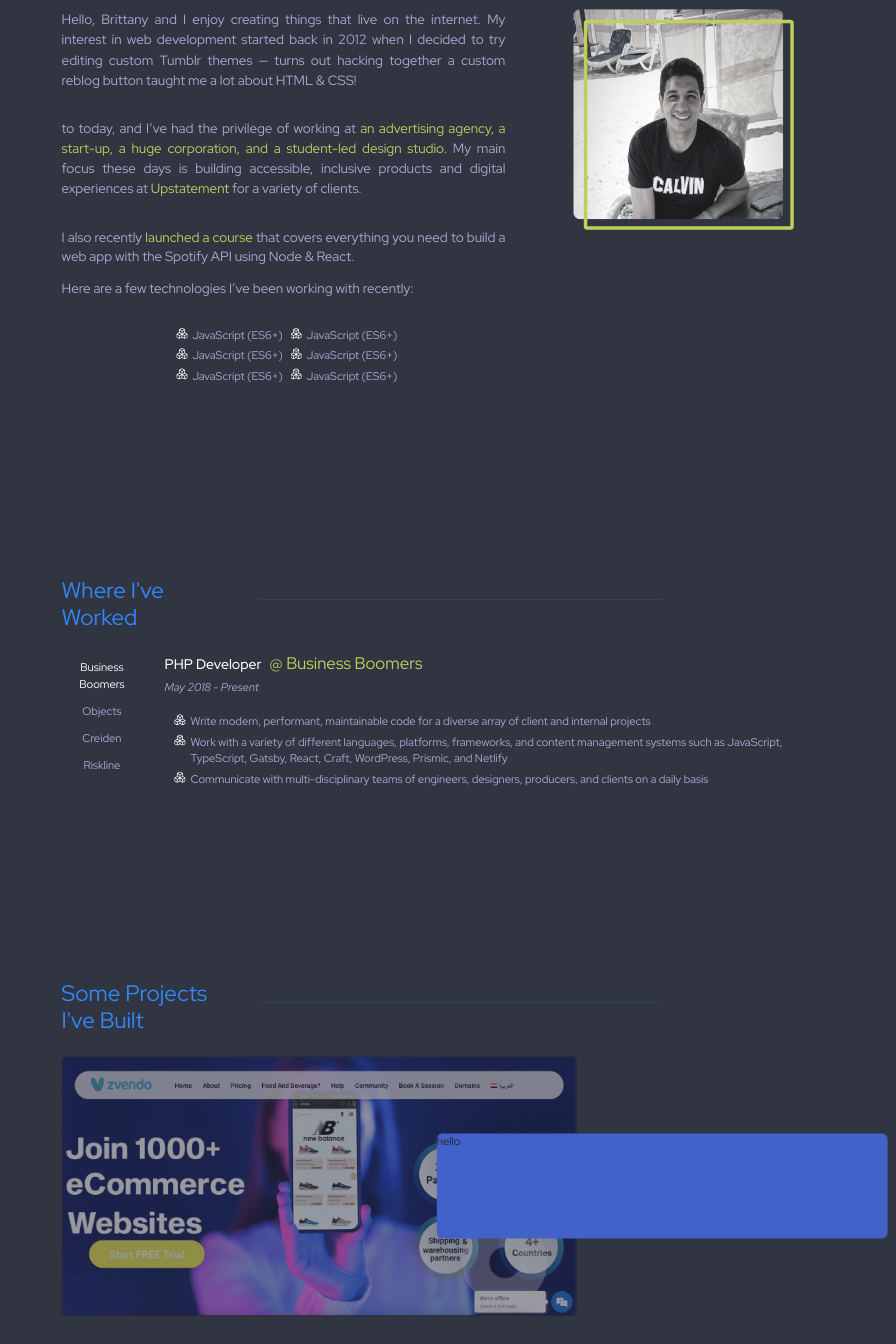
Repository: aya7abbal/Talaat-s-Portfolio
Page: index.html
These files come from the project's save history. The page is drawn as it stood at one moment and after the next save; the edit follows.
The browser window is 1280 px wide. The pictures show the part of the page from y = 943 to 2863 px (the page is 2863 px tall), at 70% of full size.
Some web libraries are served in a nearby version. The style sheet was rebuilt from its Sass, Less or Tailwind sources for each picture, by a compiler version that may differ from the author's.

Above is the page before, as saved 2022-02-07 19:15:19.

### index.html
<!DOCTYPE html>
<html lang="en">
  <head>
    <!-- Required meta tags -->
    <meta charset="utf-8" />
    <meta name="viewport" content="width=device-width, initial-scale=1" />

    <!-- Bootstrap CSS -->
    <link
      href="https://cdn.jsdelivr.net/npm/bootstrap@5.0.2/dist/css/bootstrap.min.css"
      rel="stylesheet"
      integrity="sha384-EVSTQN3/azprG1Anm3QDgpJLIm9Nao0Yz1ztcQTwFspd3yD65VohhpuuCOmLASjC"
      crossorigin="anonymous"
    />

    <!-- Favicon -->
    <link
      rel="shortcut icon"
      type="image/x-icon"
      href="./images/favicon/favicon.ico"
    />

    <!-- Font Awesome -->
    <script
      src="https://kit.fontawesome.com/fd7fa2f891.js"
      crossorigin="anonymous"
    ></script>

    <!-- Bootstrap Icons -->
    <link
      rel="stylesheet"
      href="https://cdn.jsdelivr.net/npm/bootstrap-icons@1.8.0/font/bootstrap-icons.css"
    />

    <!-- Main Stylesheet -->
    <link rel="stylesheet" href="./styles/styles.css" />

    <title>Ahmed's Portfolio</title>
  </head>
  <body>
    <!-- Navbar -->
    <nav class="navbar navbar-expand-md navbar-dark py-3">
      <div class="container-fluid d-flex justify-content-between">
        <div class="navbar-logo">
          <a class="navbar-brand navbar-border navbar-content__hidden" href="#"
            >AT</a
          >
        </div>

        <!-- Offcanvas  Hidden MENU -->
        <div class="offcanvas-menu">
          <button
            class="btn navbar-content__hidden rotating-icon"
            type="button"
            data-bs-toggle="offcanvas"
            data-bs-target="#offcanvasRight"
            aria-controls="offcanvasRight"
          >
            <i class="bi bi-x-diamond fs-2 text-white"></i>
          </button>
          <div
            class="offcanvas offcanvas-end"
            tabindex="-1"
            id="offcanvasRight"
            aria-labelledby="offcanvasRightLabel"
          >
            <div class="offcanvas-header">
              <h5 id="offcanvasRightLabel"></h5>
              <button
                type="button"
                class="btn text-reset"
                data-bs-dismiss="offcanvas"
                aria-label="Close"
              >
                <i class="bi bi-x-diamond fs-2 text-white rotated-icon"></i>
              </button>
            </div>
            <div class="offcanvas-body">
              <ul class="navbar-nav text-center">
                <li class="nav-item">
                  <a class="nav-link active" aria-current="page" href="#"
                    >About</a
                  >
                </li>
                <li class="nav-item">
                  <a class="nav-link" href="#">Experience</a>
                </li>
                <li class="nav-item">
                  <a class="nav-link" href="#">Work</a>
                </li>
                <li class="nav-item">
                  <a class="nav-link" href="#">Contact</a>
                </li>
                <li>
                  <a
                    class="btn btn-green my-4"
                    href="./Ahmed Talaat.pdf"
                    download
                  >
                    Resume</a
                  >
                </li>
              </ul>
            </div>
          </div>
        </div>

        <!-- NAVBAR Collapsable -->
        <div
          class="collapse navbar-collapse justify-content-between align-items-baseline"
          id="navbarNav"
        >
          <a class="navbar-brand navbar-border" href="#">AT</a>

          <ul class="navbar-nav">
            <li class="nav-item">
              <a class="nav-link active" aria-current="page" href="#">About</a>
            </li>
            <li class="nav-item">
              <a class="nav-link" href="#">Experience</a>
            </li>
            <li class="nav-item">
              <a class="nav-link" href="#">Work</a>
            </li>
            <li class="nav-item">
              <a class="nav-link" href="#">Contact</a>
            </li>
          </ul>

          <a
            class="btn btn-green"
            href="./Ahmed Talaat.pdf"
            download
          >Resume</a >
        </div>
      </div>
    </nav>
    <div class="body-wrapper">
      <!-- Introduction -->
      <div class="intro px-5">
        <h6>Hi, my name is</h6>

        <br />

        <h2>Ahmed Talaat.</h2>
        <h3 class="pb-2">I'm a Back-end Developer.</h3>

        <br />

        <p>
          I’m a software engineer specializing in building (and occasionally
          designing) exceptional digital experiences. Currently, I’m focused on
          building accessible, human-centered products at
          <a href="#">Riskline.</a>
        </p>

        <br />

        <a class=" btn btn-green btn-lg" href="https://calendly.com/atalaat-92/short-discussion?month=2022-02" target="_blank"> Book a Meeting</a>
      </div>

      <!-- About -->

      <div class="about px-5 row">
        <div class="section-header row">
          <div class="col-md-4 col-lg-3 col-5">
            <h4 class="py-4">About Me</h4>
          </div>
          <div class="col-md-8 col-lg-9 col-7">
            <hr />
          </div>
        </div>

        <!-- About Paragraph -->
        <div class="col-12 col-lg-7">
          <p>
            Hello, Brittany and I enjoy creating things that live on the
            internet. My interest in web development started back in 2012 when I
            decided to try editing custom Tumblr themes — turns out hacking
            together a custom reblog button taught me a lot about HTML & CSS!
          </p>
          <br />

          <p>
            to today, and I’ve had the privilege of working at
            <a href=""
              >an advertising agency, a start-up, a huge corporation, and a
              student-led design studio.</a
            >
            My main focus these days is building accessible, inclusive products
            and digital experiences at <a href="">Upstatement</a> for a variety
            of clients.
          </p>

          <br />
          <p>
            I also recently <a href="">launched a course</a> that covers
            everything you need to build a web app with the Spotify API using
            Node & React.
          </p>

          <p>Here are a few technologies I’ve been working with recently:</p>

          <div class="iconed-list d-flex justify-content-center">
            <ul class="row">
              <div class="col-6">
                <li>JavaScript (ES6+)</li>
                <li>JavaScript (ES6+)</li>
                <li>JavaScript (ES6+)</li>
              </div>

              <div class="col-6">
                <li>JavaScript (ES6+)</li>
                <li>JavaScript (ES6+)</li>
                <li>JavaScript (ES6+)</li>
              </div>
            </ul>
          </div>
        </div>

        <div class="col-12 col-lg-5 d-flex justify-content-center pb-5">
          <!-- About Image -->
          <div class="about-img">
           <div> <img
            src="./images/B903239F-D317-4387-9DFC-7195C9C90247_1_105_c.jpeg"
            alt=""
            width="300px"
            height="300px"
          /></div>
            <div class="about-img__border"></div>
          </div>
        </div>
      </div>

      <!-- Work -->

      <div class="work px-5">
        <div class="section-header row">
          <div class="col-md-4 col-lg-3 col-7">
            <h4 class="py-4">Where I've Worked</h4>
          </div>
          <div class="col-md-8 col-lg-9 col-5">
            <hr />
          </div>
        </div>
        <div>
          <!-- Nav tabs -->
          <div class="d-flex flex-md-row flex-column align-items-start">
            <div
              class="nav flex-md-column nav-pills me-3 mb-4 pe-md-3 nav-tabs"
              id="v-pills-tab"
              role="tablist"
              aria-orientation="vertical"
            >
              <button
                class="nav-link active"
                id="v-pills-home-tab"
                data-bs-toggle="pill"
                data-bs-target="#v-pills-home"
                type="button"
                role="tab"
                aria-controls="v-pills-home"
                aria-selected="true"
              >
                Business Boomers
              </button>
              <button
                class="nav-link"
                id="v-pills-profile-tab"
                data-bs-toggle="pill"
                data-bs-target="#v-pills-profile"
                type="button"
                role="tab"
                aria-controls="v-pills-profile"
                aria-selected="false"
              >
                Objects
              </button>
              <button
                class="nav-link"
                id="v-pills-messages-tab"
                data-bs-toggle="pill"
                data-bs-target="#v-pills-messages"
                type="button"
                role="tab"
                aria-controls="v-pills-messages"
                aria-selected="false"
              >
                Creiden
              </button>
              <button
                class="nav-link"
                id="v-pills-settings-tab"
                data-bs-toggle="pill"
                data-bs-target="#v-pills-settings"
                type="button"
                role="tab"
                aria-controls="v-pills-settings"
                aria-selected="false"
              >
                Riskline
              </button>
            </div>
            <div class="tab-content" id="v-pills-tabContent">
              <div
                class="tab-pane fade show active"
                id="v-pills-home"
                role="tabpanel"
                aria-labelledby="v-pills-home-tab"
              >
                <div class="work-title">
                  <h5 class="pe-2">PHP Developer</h5>
                  <h6>@ Business Boomers</h6>
                </div>
                <div class="work-date">
                  <i>May 2018 - Present </i>

                  <ul class="iconed-list">
                    <li>
                      Write modern, performant, maintainable code for a diverse
                      array of client and internal projects
                    </li>
                    <li>
                      Work with a variety of different languages, platforms,
                      frameworks, and content management systems such as
                      JavaScript, TypeScript, Gatsby, React, Craft, WordPress,
                      Prismic, and Netlify
                    </li>
                    <li>
                      Communicate with multi-disciplinary teams of engineers,
                      designers, producers, and clients on a daily basis
                    </li>
                  </ul>
                </div>
              </div>

              <div
                class="tab-pane fade"
                id="v-pills-profile"
                role="tabpanel"
                aria-labelledby="v-pills-profile-tab"
              >
                <div class="work-title">
                  <h5 class="pe-2">Back-end Developer</h5>
                  <h6>@ Objects</h6>
                </div>
                <div class="work-date">
                  <i>May 2018 - Present </i>

                  <ul class="iconed-list">
                    <li>
                      Write modern, performant, maintainable code for a diverse
                      array of client and internal projects
                    </li>
                    <li>
                      Work with a variety of different languages, platforms,
                      frameworks, and content management systems such as
                      JavaScript, TypeScript, Gatsby, React, Craft, WordPress,
                      Prismic, and Netlify
                    </li>
                    <li>
                      Communicate with multi-disciplinary teams of engineers,
                      designers, producers, and clients on a daily basis
                    </li>
                  </ul>
                </div>
              </div>

              <div
                class="tab-pane fade"
                id="v-pills-messages"
                role="tabpanel"
                aria-labelledby="v-pills-messages-tab"
              >
                <div class="work-title">
                  <h5 class="pe-2">Back-end Developer</h5>
                  <h6>@ Creiden</h6>
                </div>
                <div class="work-date">
                  <i>May 2018 - Present </i>

                  <ul class="iconed-list">
                    <li>
                      Write modern, performant, maintainable code for a diverse
                      array of client and internal projects
                    </li>
                    <li>
                      Work with a variety of different languages, platforms,
                      frameworks, and content management systems such as
                      JavaScript, TypeScript, Gatsby, React, Craft, WordPress,
                      Prismic, and Netlify
                    </li>
                    <li>
                      Communicate with multi-disciplinary teams of engineers,
                      designers, producers, and clients on a daily basis
                    </li>
                  </ul>
                </div>
              </div>

              <div
                class="tab-pane fade"
                id="v-pills-settings"
                role="tabpanel"
                aria-labelledby="v-pills-settings-tab"
              >
                <div class="work-title">
                  <h5 class="pe-2">Project Manager</h5>
                  <h6>@ Riskline</h6>
                </div>
                <div class="work-date">
                  <i>May 2018 - Present </i>

                  <ul class="iconed-list">
                    <li>
                      Write modern, performant, maintainable code for a diverse
                      array of client and internal projects
                    </li>
                    <li>
                      Work with a variety of different languages, platforms,
                      frameworks, and content management systems such as
                      JavaScript, TypeScript, Gatsby, React, Craft, WordPress,
                      Prismic, and Netlify
                    </li>
                    <li>
                      Communicate with multi-disciplinary teams of engineers,
                      designers, producers, and clients on a daily basis
                    </li>
                  </ul>
                </div>
              </div>
            </div>
          </div>
        </div>
      </div>

      <!-- Projects -->

      <div class="projects px-5">
        <div class="section-header row">
          <div class="col-md-4 col-lg-3 col-7">
            <h4 class="py-4">Some Projects I've Built</h4>
          </div>
          <div class="col-md-8 col-lg-9 col-5">
            <hr />
          </div>
        </div>

        <div class="project-card d-flex align-items-center">
          <div class="card bg-dark text-white col-md-8">
            <img src="./images/project-1.jpeg" class="card-img" alt="...">
            <div class="card-img-overlay d-md-none">
              <h5 class="card-title">Card title</h5>
              <p class="card-text">This is a wider card with supporting text below as a natural lead-in to additional content. This content is a little bit longer.</p>
              <p class="card-text"></p>
            </div>
          </div>
          <div class="col-md-7 project-desc">
            hello
          </div>
        </div>
      </div>



    </div>


    <!-- Footer -->
    <footer>
      <div class="footer-left">
        <div class="footer-left__link">
          <i class="fab fa-github"><a href="#"></a></i>
        </div>
        <div class="footer-left__link">
          <i class="fab fa-twitter"><a href=""></a></i>
        </div>
        <div class="footer-left__link">
          <i class="fab fa-linkedin-in"><a href=""></a></i>
        </div>
        <div class="footer-left__link">
          <i class="fas fa-phone"><a href=""></a></i>
        </div>
        <div class="footer-left__link line"></div>
      </div>



      <div class="footer-right">
        <div class="footer-right__link">
          <a href="">@ahmed.talaat.92@hotmail.com</a>

        <div class="footer-right__link line"></div>
      </div>
    </footer>

    <!-- Bootstrap Bundle with Popper -->
    <script
      src="https://cdn.jsdelivr.net/npm/bootstrap@5.0.2/dist/js/bootstrap.bundle.min.js"
      integrity="sha384-MrcW6ZMFYlzcLA8Nl+NtUVF0sA7MsXsP1UyJoMp4YLEuNSfAP+JcXn/tWtIaxVXM"
      crossorigin="anonymous"
    ></script>
    <script type="module" src="./scripts/script.js"></script>
  </body>
</html>

### scripts/script.js
// const rotatingIcon = document.querySelector(".rotating-icon")
// const rotatedIcon = document.querySelector(".rotated-icon")


// rotatingIcon.addEventListener('click',function(event) {
// console.log(event)
//     rotatingIcon.style.display="hidden"
// })

### styles/styles.scss

// Fonts
@import url('https://fonts.googleapis.com/css2?family=Dosis:wght@200;300;400;500;600&family=Red+Hat+Display:ital,wght@0,300;0,400;0,500;0,600;0,700;0,900;1,300;1,400;1,500;1,600&family=Satisfy&display=swap');
// Partials
@import "./components/navbar";
@import"./components/footer";
@import "./variables/colors";
@import "./components/buttons";
@import "./variables/fonts";
@import "./components/pages";
@import "./variables/images";
@import "./components/projects";




// font-family: 'Dosis', sans-serif;
// font-family: 'Red Hat Display', sans-serif;
// font-family: 'Satisfy', cursive;

*{
font-family: 'Red Hat Display', sans-serif;
background-color: var(--navy);

}

body{
    margin: 0%;
    max-width: 100%;
    overflow-x: hidden;
    background-color: var(--navy);

    @media (min-width:768px) {
        padding: 40px;
    }

    img{
        border-radius: 10px !important;
      }
}

### styles/components/_navbar.scss
.navbar-content__hidden{
    display: none;
    @media (max-width:768px) {
        display: inline-block;
    }
}

.navbar-brand{
    border: solid 2px var(--green);
    border-radius: 5px 20px;
    padding: 8px;

    &:hover{
        background-color: var(--green);
    }
}

### styles/components/_footer.scss
footer {

    @media (max-width:768px) {
display: none;
    }

  .footer-left {
    position: fixed;
    bottom: 10px;
    left: 20px;
    i {
      font-size: 1.2em;
      color: white;
      margin: 20px 10px;
      &:hover{
          color: greenyellow;
          transform: translateY(-3px);
      }
    }

    .line {
      border-right: 1px solid white;
      padding: 20px;
      height: 100px;
      background-color: transparent;
      transform: translatex(-19px);
      margin-top: 15px;
    }
  }


  .footer-right {
    position: fixed;
    bottom: 10px;
    right: 20px;
    i{
      font-size: 1.2em;
      color: white;
      margin: 15px 10px;
      &:hover{
          color: greenyellow;
          transform: translateY(-3px);
      }


    }

    a{
        writing-mode: vertical-rl;
        transform: translatex(10px);
        color: white;
        font-size: 1em;
        &:hover{
            color: greenyellow;
            text-decoration: none;
        }
    }

    .line {
      border-right: 1px solid white;
      padding: 20px;
      height: 100px;
      background-color: transparent;
      transform: translatex(-19px);
      margin-top: 15px;
    }
  }
}

### styles/variables/_colors.scss
:root{
    --navy:#313441;
    --lnavy:#4362c9;
    --lgreen:#c1ce5e;
    --grey:#A4A6BF;
    --bblue:hsl(220, 47%, 62%);
    --green:#97A629;
    --lgreeno:#c1ce5e11;
    --lgrey:#bbc1dd;
    --mdgrey:#a4acd1;
    --blue:#3188fa;

}

### styles/components/_buttons.scss
.btn-green {
  border: 2px solid var(--green);
  padding: 8px;
  color:white;
  border-radius: 5px;

  &:hover {
    color: rgb(197, 197, 197);
    background-color: var(--lgreeno);
  }
}

.btn-blue{
    border: 2px solid var(--blue);
    padding: 8px;
    color:white;
    border-radius: 5px;

    &:hover {
      color: rgb(197, 197, 197);
      background-color: var(--bblue);
    }
}

.rotating-icon, .rotated-icon {
  transform: rotate(45deg) !important;
  z-index: 100;

  &:hover {
    transform: rotate(90deg) !important;
    transition: 0.6s;


  }
  &:active &:focus {
    transform: rotate(90deg) !important;
  }
}

### styles/variables/_fonts.scss



h2 {
  color: white;
  font-size: 2.3em;

  @media (min-width: 768px) {
    font-size: 2.9em;
  }
}

h3 {
  color: var(--blue);
  font-weight: 600;
  font-size: 2.2em;

  @media (min-width: 768px) {
    font-size: 2.7em;
  }
}

h4 {
  color: var(--blue);
  font-weight: 400;
  font-size: 1.5em;
  background-color: var(--navy);

  @media (min-width: 768px) {
    font-size: 2em;
  }
}

h5{
  color: white;
  display: inline-block;
}

h6 {
  font-size: 1.2em;
  color: var(--lgreen);
  font-weight: 400;
  display: inline-block;

  @media (min-width: 768px) {
    font-size: 1.5em;
  }
}

a {
  color: var(--lgreen);
  text-decoration: none;

  &:hover {
    color: var(--green);
    text-decoration: underline;
  }
}

ul{

    padding-top:20px;
    padding-bottom: 50px;
}
.iconed-list li{
    list-style-image:url(../svg/list.svg);
    color: var(--mdgrey);

    padding:10px 10px 0px 10px;
    margin: 5px;
    width: fit-content;
    padding: 0%;
}

p {
  font-size: 1.2em;
  color: var(--mdgrey);
  font-weight: 400;
  text-align: justify;

  @media (min-width: 768px) {
    font-size: 1.2em;
  }
}

i{
  color: var(--mdgrey);
}

.nav-tabs .nav-link{

  color: var(--mdgrey);
  background-color: transparent !important;
  // text-decoration: underline;
  text-decoration-color: var(--mdgrey);

  &:focus{
    background-color: transparent !important;
    color: var(--lgreen);
    border-bottom-color: var(--lgreen);

  }

  &:active{
    background-color: transparent !important;
    color: var(--lgreen);


  }



}

### styles/components/_pages.scss

// INTRODUCTION
.intro{
    padding-top: 160px;
}

// ABOUT


.section-header{
    padding-top:180px ;
    hr{
        position: relative;
        top:30%;
        color: var(--blue);
        width: 70%;
    }
}

#v-pills-tab{
    border: none;
}

### styles/variables/_images.scss
.about-img {
  height: fit-content;
  position: relative;
  display: flex;
  flex-direction: column;
  justify-content: center;


  img {
    // filter: invert(25%) sepia(77%) saturate(2565%) hue-rotate(200deg)
      // brightness(103%) contrast(96%) opacity(90%);
    border-radius: 5px;
    filter: grayscale(90%);
  }
  &:hover {
    img {
      filter: none;
    }
    .about-img__border{
        transform: translate(0px, 0px);
        transition: .1s;


    }
  }

  .about-img__border {
    position: absolute;
    border: 5px solid var(--lgreen);
    border-radius: 5px;
    width: 300px;
    height: 300px;
    transform: translate(15px, 15px);
    background-color: transparent;
  }
}

img{
  border-radius: 10px !important;
}

### styles/components/_projects.scss

.projects{

   .card{
       border-radius: 8px;
opacity: 50%;

&:hover{
    opacity: 100%;
}
   }

.card-img-overlay {
    opacity: 90%;

}




.project-desc{
@media (max-width:768px) {
    display: none;

}

    background-color: var(--lnavy);
    height:150px;
    transform: translate(-200px);
    border-radius: 8px;
}
}

After the next save:
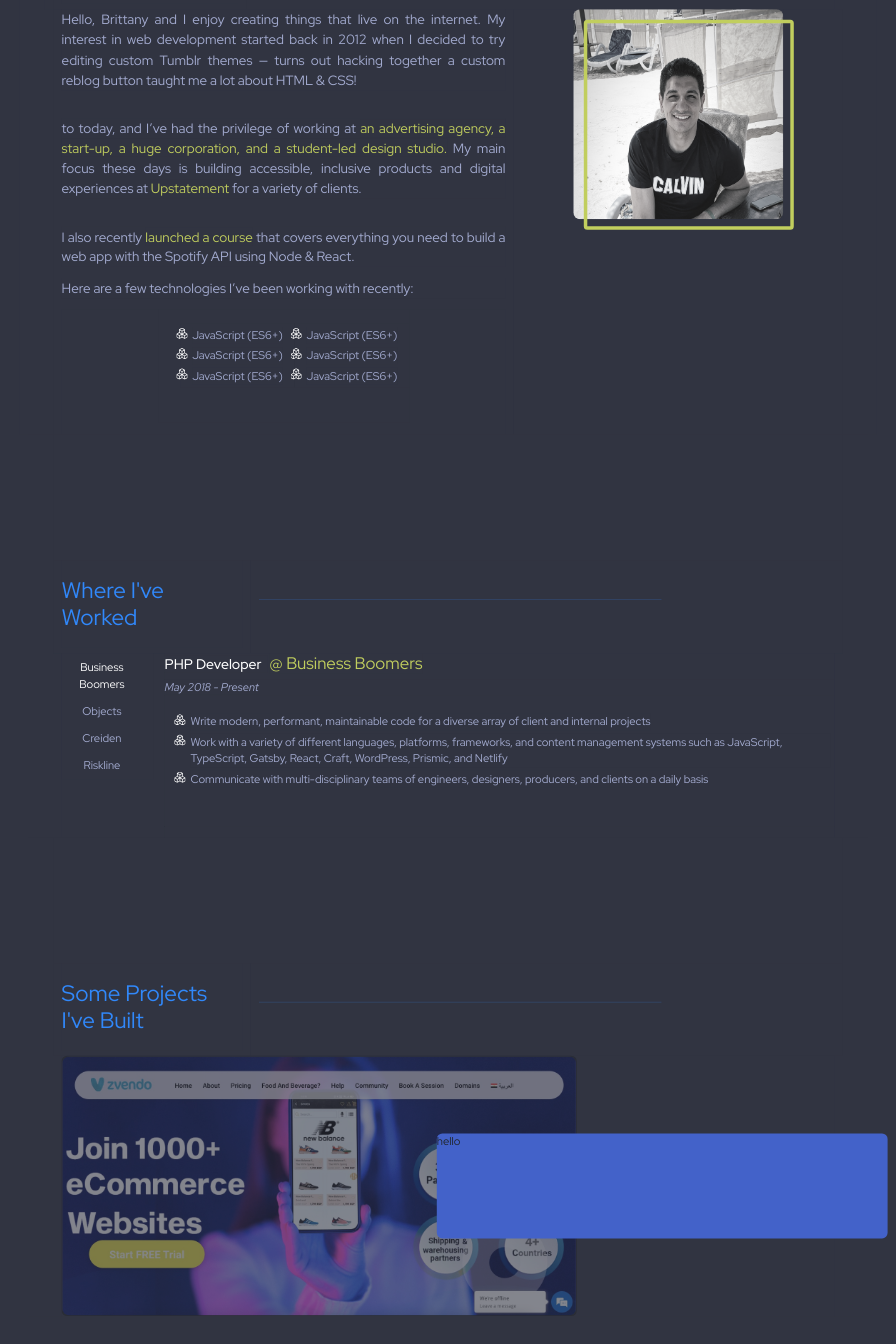
Saved 69 s later.
--- a/styles/components/_projects.scss
+++ b/styles/components/_projects.scss
@@ -3,7 +3,7 @@
 
    .card{
        border-radius: 8px;
-opacity: 50%;
+opacity: 40%;
 
 &:hover{
     opacity: 100%;
